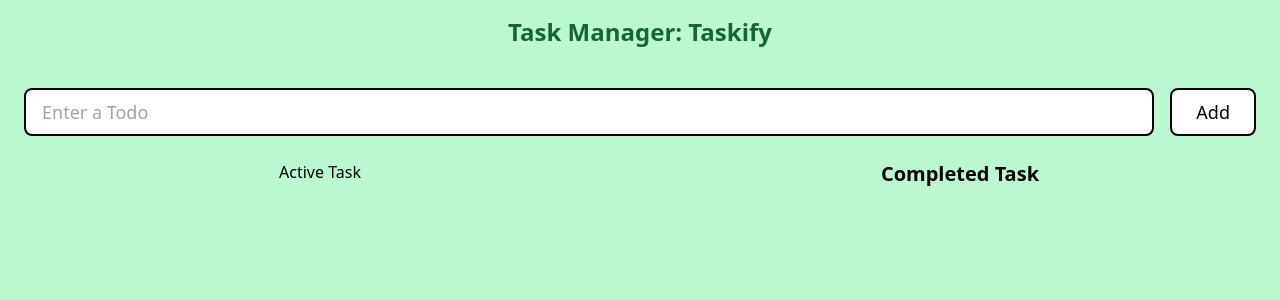
Repository: Dineshbhandari2023/Todo
Page: /
An editor plug-in stored every save of this project. The page is shown before and after the next save, followed by the edit.
The browser window is 1280 px wide. The pictures show the whole page.
Some web fonts or font styles are not loaded; a fallback is used. The project was rebuilt for these pictures with package versions that can differ from the ones it lists, and the page was loaded fresh each time. Also part of the build but not shown: src/Components/SingleTodo.tsx.

Above is the page before, as saved 2025-06-19 22:00:29.

### src/App.tsx
import React, { useState } from "react";
import "./App.css";
import InputFields from "./Components/InputFields";
import { Todo } from "./model";
import TodoList from "./Components/TodoList";

// //Learning Types
// let name: string;
// let age: number;
// let hobbies: string[];
// let role: [number, number, string];

// // Objects Can be defined using: types or interface
// type Animal = {
//   name: string;
//   age: number;
//   color?: string;
// };

// let myAnimal: Animal = {
//   name: "Dog",
//   age: 3,
//   color: "Brown",
// };

// let Animals: Animal[];

// //defining function in ts
// function printAnything(Animal: string) {
//   console.log(Animal);
// }

// printAnything("DOG");

const App: React.FC = () => {
  const [todo, setTodo] = useState<string>("");
  const [todos, setTodos] = useState<Todo[]>([]);

  const handleAdd = (e: React.FormEvent) => {
    e.preventDefault();
    if (todo) {
      setTodos([...todos, { id: Date.now(), todo: todo, isDone: false }]);
      setTodo("");
    }
  };
  console.log(todos);

  return (
    <div className="bg-green-200 h-screen">
      <h1 className="font-extrabold text-center text-green-800 text-2xl p-4">
        Task Manager: Taskify
      </h1>
      <InputFields todo={todo} setTodo={setTodo} handleAdd={handleAdd} />
      <TodoList todos={todos} setTodos={setTodos} />
    </div>
  );
};

export default App;

### src/App.css
@import url("https://fonts.googleapis.com/css2?family=Montserrat:ital@0;1&family=Savate:ital,wght@0,200..900;1,200..900&display=swap");

.App {
  text-align: center;
  font-family: "Montserrat", sans-serif;
}

### src/Components/InputFields.tsx
import React, { useRef } from "react";

interface Props {
  todo: string;
  setTodo: React.Dispatch<React.SetStateAction<string>>;
  handleAdd: (e: React.FormEvent) => void;
}

const InputFields = ({ todo, setTodo, handleAdd }: Props) => {
  const inputRef = useRef<HTMLInputElement>(null);
  return (
    <form
      className="flex gap-4 m-6"
      onSubmit={(e) => {
        handleAdd(e);
        inputRef.current?.blur();
      }}
    >
      <input
        ref={inputRef}
        type="text"
        value={todo}
        onChange={(e) => setTodo(e.target.value)}
        placeholder="Enter a Todo"
        className="flex-1 px-4 py-2 border-2 border-black rounded-lg text-lg focus:outline-none focus:ring-2 focus:ring-blue-500"
      />
      <button
        className="px-6 py-2 bg-white border-2 border-black rounded-lg text-lg font-medium hover:bg-blue-600 focus:outline-none focus:ring-2 focus:ring-blue-500"
        type="submit"
      >
        Add
      </button>
    </form>
  );
};

export default InputFields;

### src/Components/TodoList.tsx
import React from "react";
import { Todo } from "../model";
import SingleTodo from "./SingleTodo";

interface Props {
  todos: Todo[];
  setTodos: React.Dispatch<React.SetStateAction<Todo[]>>;
}

const TodoList = ({ todos, setTodos }: Props) => {
  return (
    <div className="flex justify-between">
      <div className="w-2/4">
        <h1 className="text-center">Active Task</h1>
        <div>
          {todos.map((todo) => (
            <SingleTodo
              todo={todo}
              key={todo.id}
              todos={todos}
              setTodos={setTodos}
            />
          ))}
        </div>
      </div>
      <div className="w-2/4">
        <h1 className="text-center text-xl font-extrabold">Completed Task</h1>
        <div>
          {todos.map((todo) => (
            <SingleTodo
              todo={todo}
              key={todo.id}
              todos={todos}
              setTodos={setTodos}
            />
          ))}
        </div>
      </div>
    </div>
  );
};

export default TodoList;

Loaded but not shown: public/index.html (common file); src/index.tsx (common file); src/index.css (common file); tailwind.config.js (common file)

After the next save:
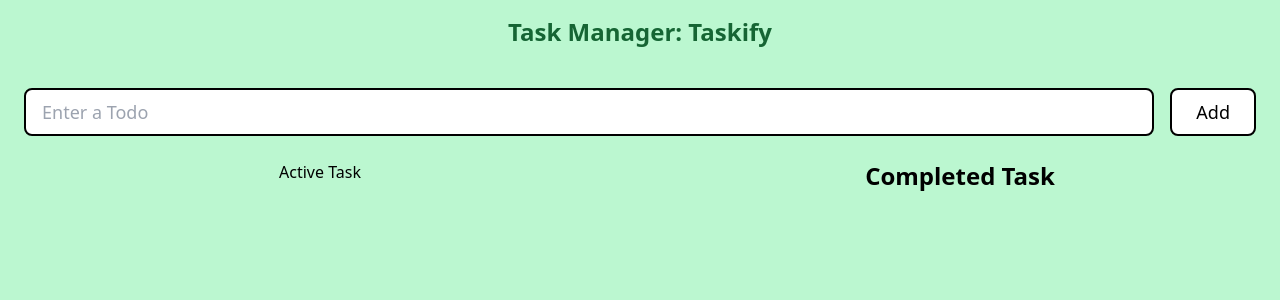
Saved 10 s later.
--- a/src/Components/TodoList.tsx
+++ b/src/Components/TodoList.tsx
@@ -24,7 +24,7 @@ const TodoList = ({ todos, setTodos }: Props) => {
         </div>
       </div>
       <div className="w-2/4">
-        <h1 className="text-center text-xl font-extrabold">Completed Task</h1>
+        <h1 className="text-center text-2xl font-extrabold">Completed Task</h1>
         <div>
           {todos.map((todo) => (
             <SingleTodo
